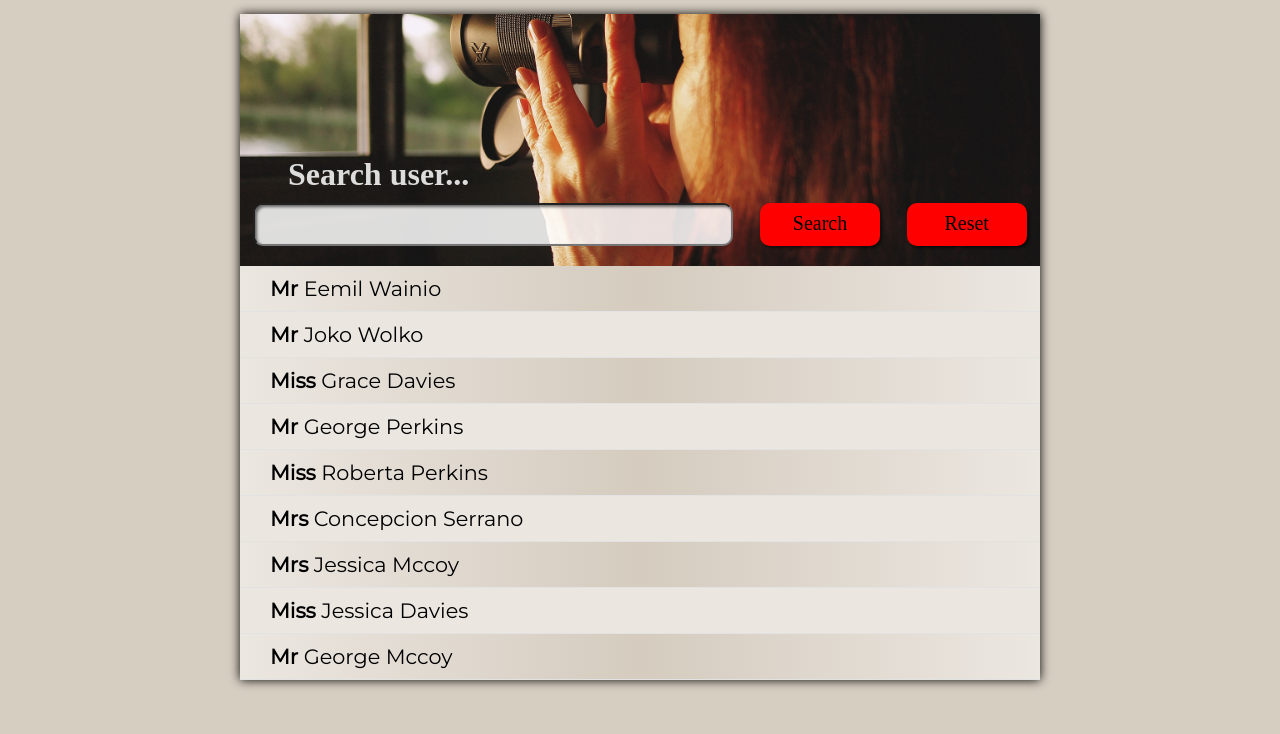
Repository: KrzysKolo/sr_tydzien5_zad4
Page: /
These files come from the project's save history. The page is drawn as it stood at one moment and after the next save; the edit follows.
The browser window is 1280 px wide. The pictures show the whole page.
Some web fonts or font styles are not loaded; a fallback is used. The project was rebuilt for these pictures with package versions that can differ from the ones it lists, and the page was loaded fresh each time.

Above is the page before, as saved 2021-01-03 06:44:19.

After the next save:
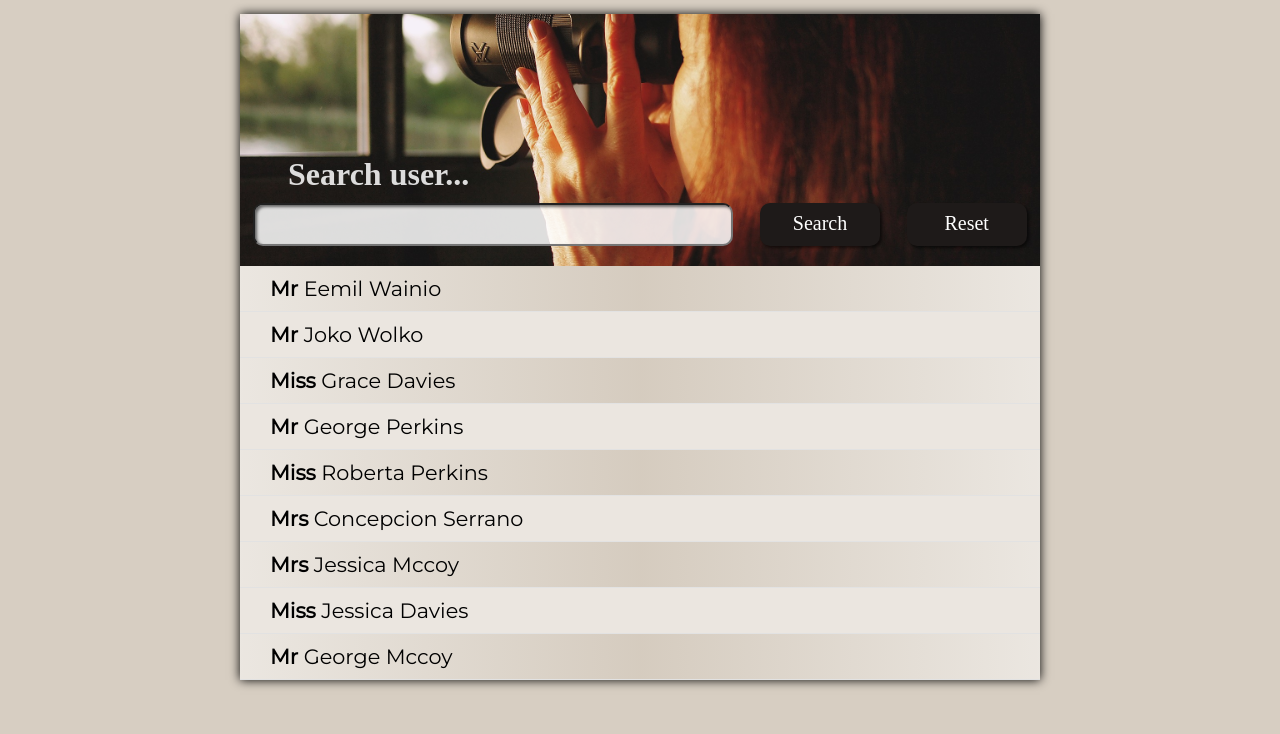
Saved 48 s later.
--- a/src/App.css
+++ b/src/App.css
@@ -46,7 +46,8 @@ section {
   font-size: 20px;
 }
 .header__search-btn {
-  background: red;
+  background: rgb(30, 26, 25);
+  color: white;
   width: 15%;
   border-radius: 10px;
   box-shadow: 2px 2px 3px 0px rgba(0, 0, 0, 0.55);
